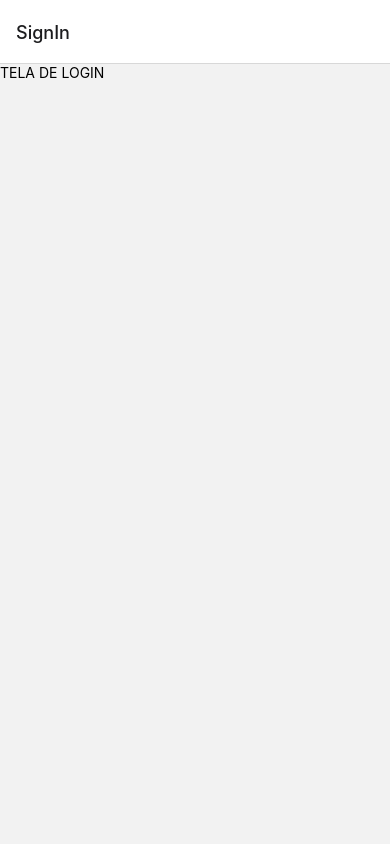
Repository: daviresende03/SujeitoPizzaria
Screen: / (app in mobile/)
An editor plug-in stored every save of this project. The screen is shown before and after the next save, followed by the edit.
The app was drawn by React Native's web renderer in a window 390 px wide. The project was rebuilt for these pictures with package versions that can differ from the ones it lists, and the page was loaded fresh each time.

Above is the screen before, as saved 2023-04-27 19:47:36.

### mobile/App.tsx
import { StyleSheet, Text, View, StatusBar } from 'react-native';
import { NavigationContainer } from '@react-navigation/native';
import Routes from './src/routes';

export default function App() {
  return (
    <NavigationContainer>
      <StatusBar backgroundColor='#1d1d2e' barStyle='light-content' translucent={false} /*barStyle: cores dos icones | trasnlucent: se os components da tela podem ficar abaixo da status bar*/ />
      <Routes/>
    </NavigationContainer>
  );
}

### mobile/src/routes/index.tsx
import React from "react";
import { View } from "react-native";
import AppRoutes from "./app.routes";
import AuthRoutes from "./auth.routes";

function Routes(){
    const isAuthenticated = false;
    const loading = false;

    return (
        isAuthenticated ? <AppRoutes/> : <AuthRoutes/>
    )
}
export default Routes;

### mobile/src/routes/auth.routes.tsx
import React from 'react';
import { createNativeStackNavigator } from '@react-navigation/native-stack';
import SignIn from '../pages/SignIn/Index';

const Stack = createNativeStackNavigator();

function AuthRoutes(){
    return(
        <Stack.Navigator>
            <Stack.Screen name="SignIn" component={SignIn} />
        </Stack.Navigator>
    )
}
export default AuthRoutes;

### mobile/src/pages/SignIn/Index.tsx
import React from 'react';
import { View, Text } from 'react-native';

export default function SignIn(){
    return (
        <View>
            <Text>TELA DE LOGIN</Text>
        </View>
    )
}

### mobile/src/routes/app.routes.tsx
import React from 'react';
import { createNativeStackNavigator } from '@react-navigation/native-stack';
import Dashboard from '../pages/dashboard';

const Stack = createNativeStackNavigator();

function AppRoutes(){
    return(
        <Stack.Navigator>
            <Stack.Screen name="Dashborad" component={Dashboard} />
        </Stack.Navigator>
    )
}
export default AppRoutes;

### mobile/src/pages/dashboard/index.tsx
import React from "react"
import {View, Text} from 'react-native'

export default function Dashboard(){
    return (
        <View>
            <Text>TELA DASHBOARD</Text>
        </View>
    )
}

After the next save:
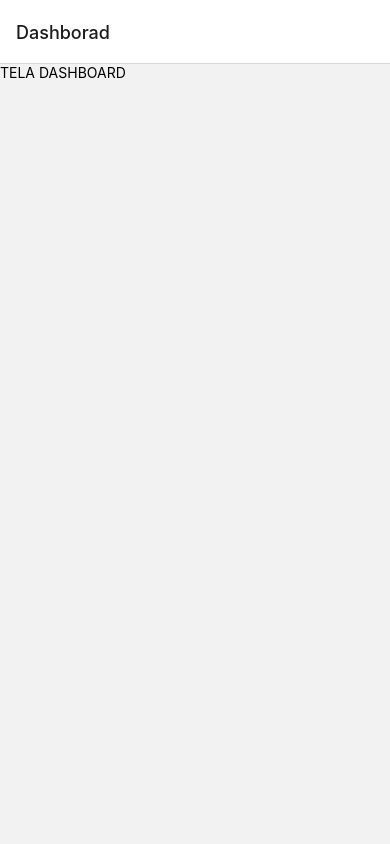
Saved 11 s later.
--- a/mobile/src/routes/index.tsx
+++ b/mobile/src/routes/index.tsx
@@ -4,7 +4,7 @@
 import AuthRoutes from "./auth.routes";
 
 function Routes(){
-    const isAuthenticated = false;
+    const isAuthenticated = true;
     const loading = false;
 
     return (

After the save that followed:
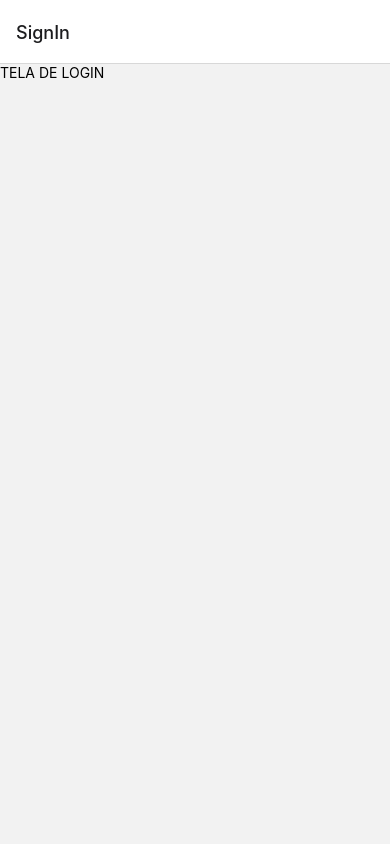
Saved 5 s later.
--- a/mobile/src/routes/index.tsx
+++ b/mobile/src/routes/index.tsx
@@ -4,7 +4,7 @@
 import AuthRoutes from "./auth.routes";
 
 function Routes(){
-    const isAuthenticated = true;
+    const isAuthenticated = false;
     const loading = false;
 
     return (
